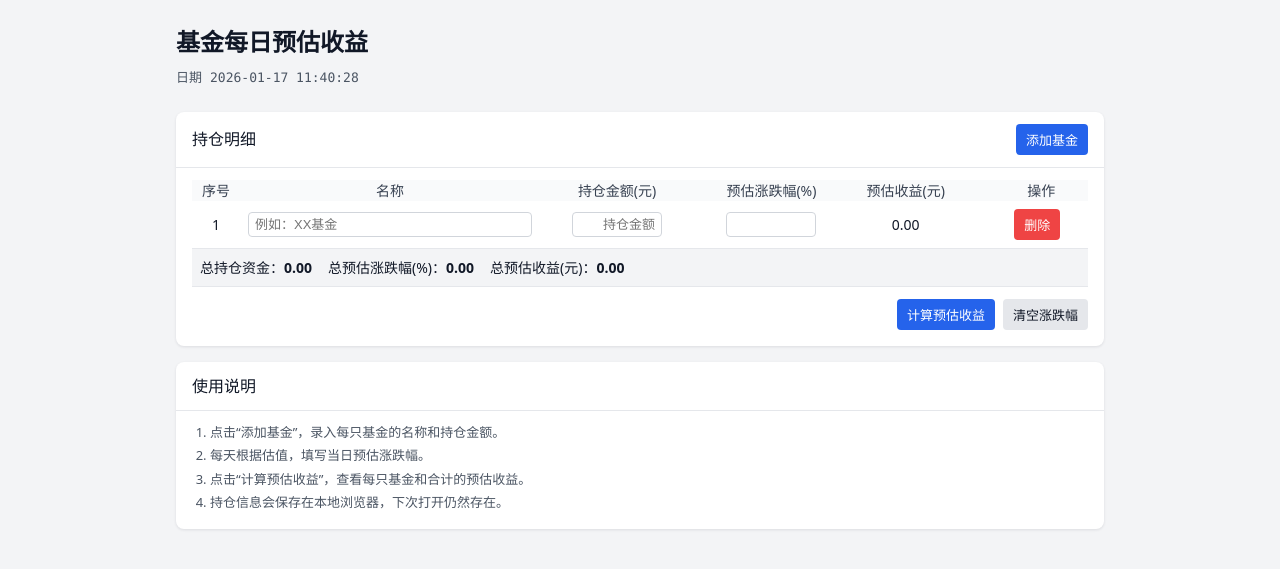
Repository: zt-boom/finance
Page: index.html
These files come from the project's save history. The page is drawn as it stood at one moment and after the next save; the edit follows.
The browser window is 1280 px wide. The pictures show the whole page.

Above is the page before, as saved 2026-01-17 13:31:49.

After the next save:
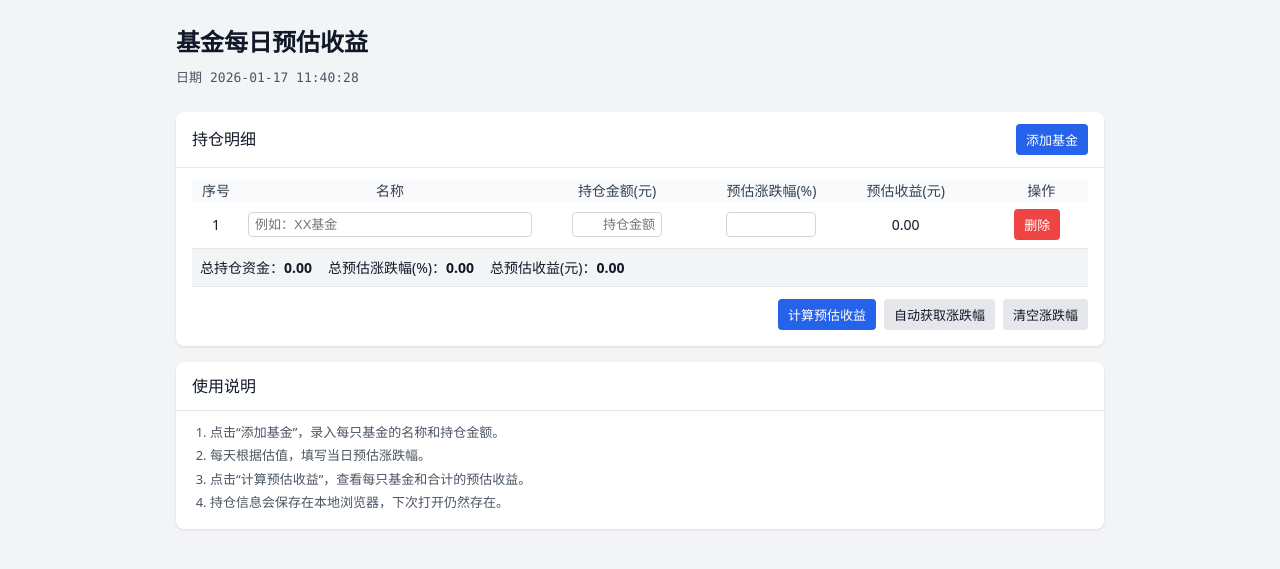
Saved 5 min 40 s later.
--- a/index.html
+++ b/index.html
@@ -52,6 +52,7 @@
 </div>
 <div class="actions-row">
 <button id="calculate-btn" class="primary-button">计算预估收益</button>
+<button id="fetch-percent-btn" class="secondary-button">自动获取涨跌幅</button>
 <button id="reset-percentage-btn" class="secondary-button">清空涨跌幅</button>
 </div>
 </div>
